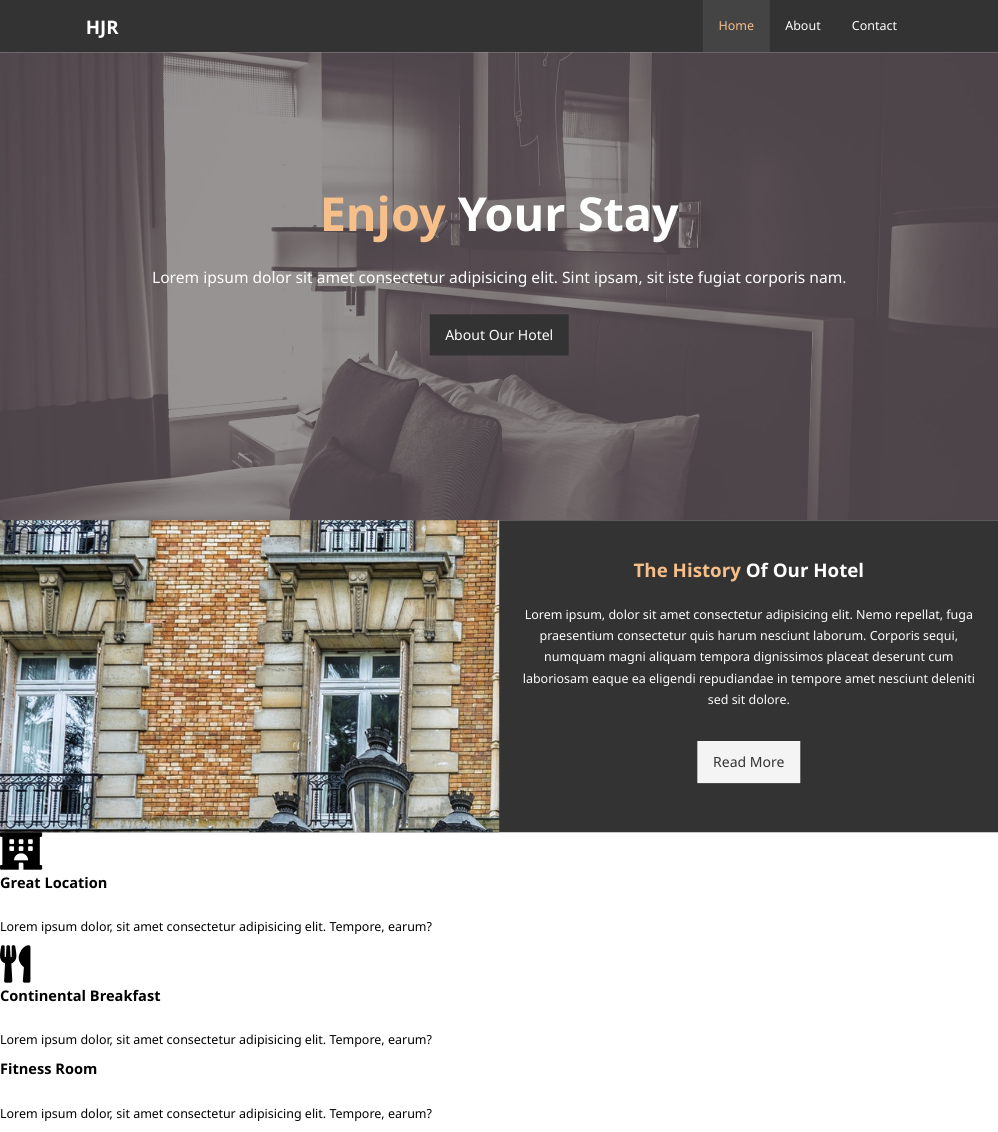
Repository: dimlutine/Hotel-Project
Page: index.html
The author's editor kept a copy of each file at every save. The page is drawn from the files as they stood at one save, then again after the next save.
The browser window is 1280 px wide. The pictures show the whole page, at 78% of full size.
Some web libraries are served in a nearby version.

Above is the page before, as saved 2019-07-05 22:31:55.

### index.html
<!DOCTYPE html>
<html lang="en">

<head>
    <meta charset="UTF-8">
    <meta name="viewport" content="width=device-width, initial-scale=1.0">
    <meta http-equiv="X-UA-Compatible" content="ie=edge">
    <meta name="description" content="Welcome to the neatest hotel in Durham, North Carolina!">
    <meta name="keywords" content="hotel,durham hotel, north carolina hotel, rdu hotel">
    <link rel="stylesheet" href="https://use.fontawesome.com/releases/v5.6.1/css/all.css" integrity="sha384-gfdkjb5BdAXd+lj+gudLWI+BXq4IuLW5IT+brZEZsLFm++aCMlF1V92rMkPaX4PP" crossorigin="anonymous">
    <link rel="stylesheet" href="css/style.css">
    <title>Hotel JR | Durham Hotel</title>
</head>

<body>
    <header>
        <nav id="navbar">
            <div class="container">
                <h1 class="logo"><a href="index.html">HJR</a></h1>
                <ul>
                    <li><a class="current" href="index.html">Home</a></li>
                    <li><a href="about.html">About</a></li>
                    <li><a href="contact.html">Contact</a></li>
                </ul>
            </div>

        </nav>
        <div id="showcase">
            <div class="container">
                <div class="showcase-content">
                    <h1>
                        <span class="text-primary">Enjoy</span> Your Stay
                    </h1>
                    <p class="lead">Lorem ipsum dolor sit amet consectetur adipisicing elit. Sint ipsam, sit iste fugiat corporis nam.</p>
                    <a class="btn" href="about.html">About Our Hotel</a>
                </div>
            </div>
        </div>
    </header>

    <section id="home-info" class="bg-dark">
        <div class="info-img"></div>
        <div class="info-content">
            <h2><span class="text-primary">The History </span>Of Our Hotel</h2>
            <p>Lorem ipsum, dolor sit amet consectetur adipisicing elit. Nemo repellat, fuga praesentium consectetur quis harum nesciunt laborum. Corporis sequi, numquam magni aliquam tempora dignissimos placeat deserunt cum laboriosam eaque ea eligendi
                repudiandae in tempore amet nesciunt deleniti sed sit dolore.</p>
            <a href="about.html" class="btn btn-light">Read More</a>
        </div>
    </section>

    <section id="features">
        <div class="box">
            <i class="fas fa-hotel fa-3x"></i>
            <h3>Great Location</h3>
            <p>Lorem ipsum dolor, sit amet consectetur adipisicing elit. Tempore, earum?</p>
        </div>
        <div class="box">
            <i class="fas fa-utensils fa-3x"></i>
            <h3>Continental Breakfast</h3>
            <p>Lorem ipsum dolor, sit amet consectetur adipisicing elit. Tempore, earum?</p>
        </div>
        <div class="box">
            <h3>Fitness Room</h3>
            <p>Lorem ipsum dolor, sit amet consectetur adipisicing elit. Tempore, earum?</p>
        </div>
    </section>
</body>

</html>

### css/style.css
* {
    padding: 0;
    margin: 0;
    box-sizing: border-box;
}

html,
body {
    font-family: 'Segoe UI', 'Segoe UI', Tahoma, Geneva, Verdana, sans-serif;
    line-height: 1.7em;
}

a {
    color: #333;
    text-decoration: none;
}

h1,
h2,
h3 {
    padding-bottom: 20px;
}

p {
    margin: 10px 0;
}


/* Utilities */

.container {
    margin: auto;
    max-width: 1100px;
    overflow: auto;
    padding: 0 20px;
}

.text-primary {
    color: #f7c08a;
}

.lead {
    font-size: 20px;
}

.btn {
    display: inline-block;
    font-size: 18px;
    color: #fff;
    background: #333;
    padding: 13px 20px;
    border: none;
    cursor: pointer;
}

.btn:hover {
    background: #f7c08a;
    color: #333;
}

.btn-light {
    background: #f4f4f4;
    color: #333;
}

.bg-dark {
    background: #333;
    color: #fff;
}

.bg-light {
    background: #f4f4f4;
    color: #333;
}

.bg-primary {
    background: #333;
    color: #f7c08a;
}

#navbar {
    background: #333;
    color: #fff;
    overflow: auto;
}

#navbar a {
    color: #fff;
}

#navbar h1 {
    float: left;
    padding-top: 20px;
}

#navbar ul {
    float: right;
    list-style: none;
}

#navbar ul li {
    float: left;
}

#navbar ul li a {
    display: block;
    padding: 20px;
    text-align: center;
}

#navbar ul li a:hover,
#navbar ul li a.current {
    background: #444;
    color: #f7c08a;
}


/* Showcase */

#showcase {
    background: url('../img/showcase.jpg') no-repeat center center/cover;
    height: 600px;
}

#showcase .showcase-content {
    color: #fff;
    text-align: center;
    padding-top: 170px;
}

#showcase .showcase-content h1 {
    font-size: 60px;
    line-height: 1.2em;
}

#showcase .showcase-content p {
    padding-bottom: 20px;
    line-height: 1.7em;
}


/* Home Info */

#home-info {
    height: 400px;
}

#home-info .info-img {
    float: left;
    width: 50%;
    background: url('../img/photo-1.jpg') no-repeat;
    min-height: 100%;
}

#home-info .info-content {
    float: right;
    width: 50%;
    height: 100%;
    text-align: center;
    padding: 50px 30px;
    overflow: hidden;
}

#home-info .info-content p {
    padding-bottom: 30px;
}

After the next save:
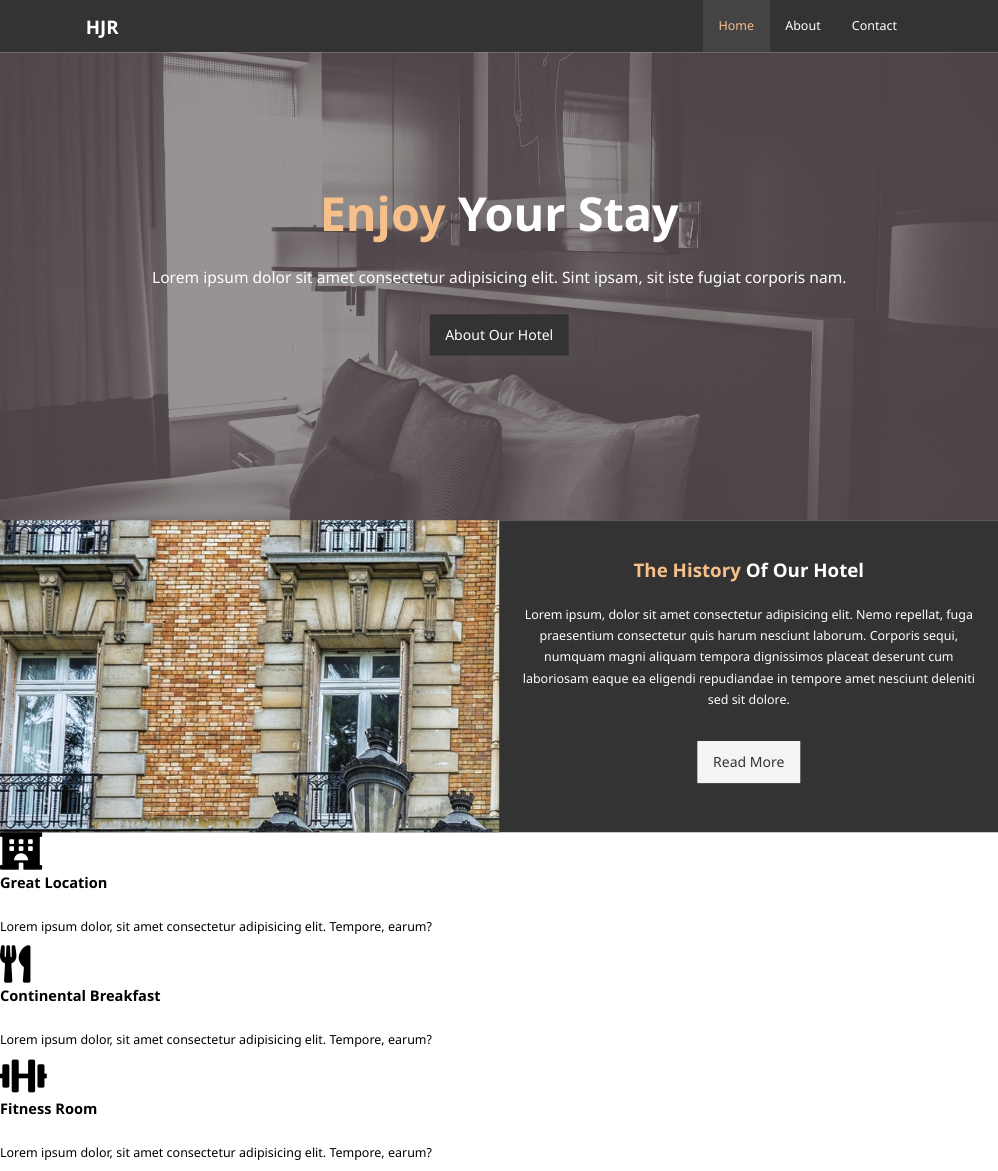
Saved 14 s later.
--- a/index.html
+++ b/index.html
@@ -60,6 +60,7 @@
             <p>Lorem ipsum dolor, sit amet consectetur adipisicing elit. Tempore, earum?</p>
         </div>
         <div class="box">
+            <i class="fas fa-dumbbell fa-3x"></i>
             <h3>Fitness Room</h3>
             <p>Lorem ipsum dolor, sit amet consectetur adipisicing elit. Tempore, earum?</p>
         </div>
